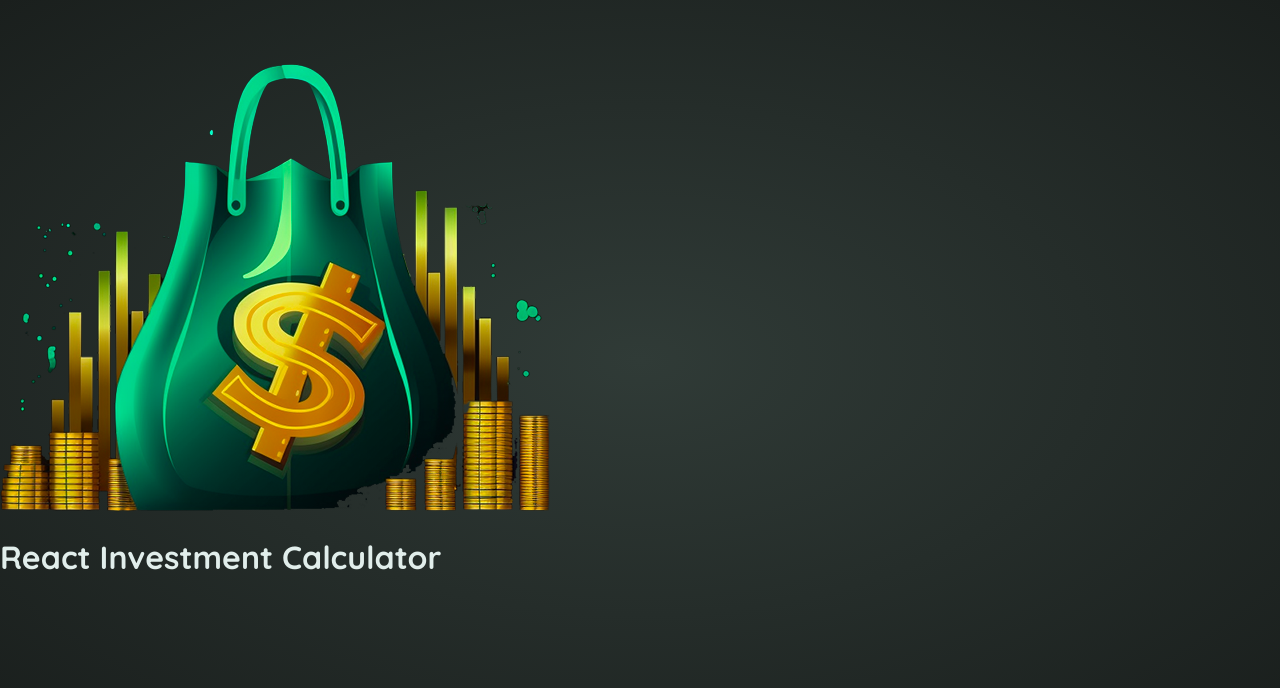
Repository: ooluchi/prac-investment-calculator
Page: /
An editor plug-in stored every save of this project. The page is shown before and after the next save, followed by the edit.
The browser window is 1280 px wide. The pictures show the whole page.
The project was rebuilt for these pictures with package versions that can differ from the ones it lists, and the page was loaded fresh each time. Also part of the build but not shown: vite.config.js.

Above is the page before, as saved 2024-11-10 04:21:12.

After the next save:
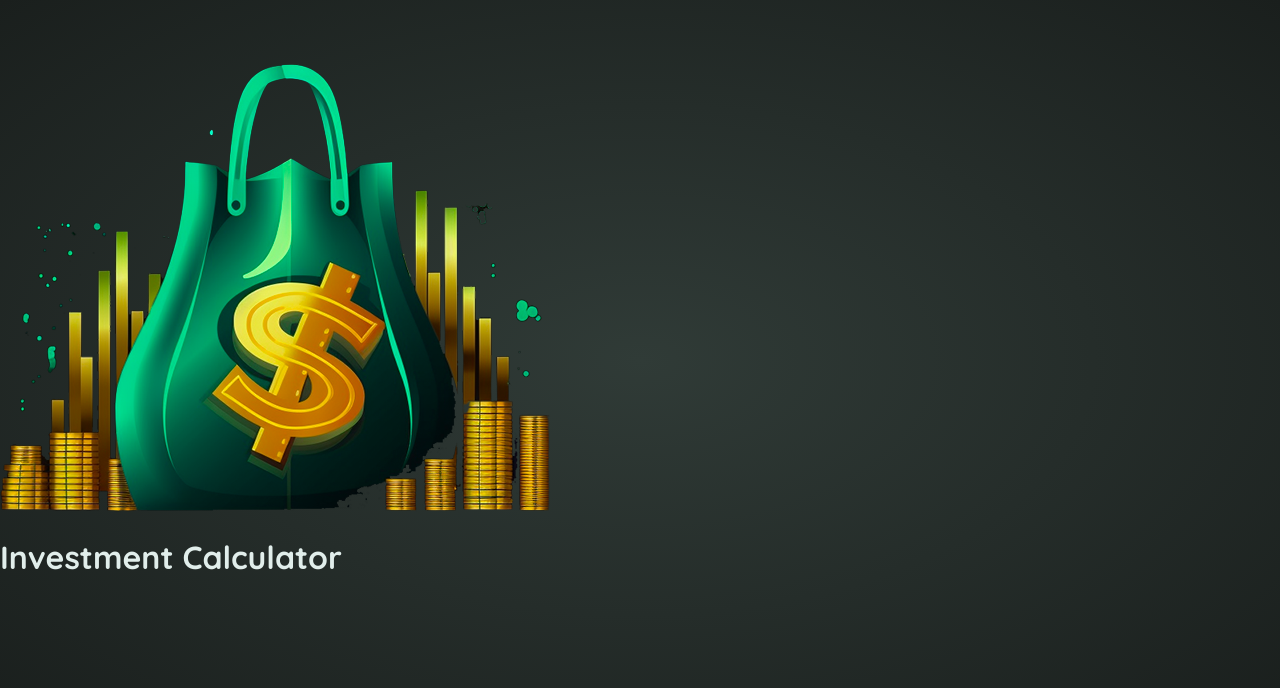
Saved 119 s later.
--- a/src/components/Header.jsx
+++ b/src/components/Header.jsx
@@ -4,7 +4,7 @@ export default function Header() {
     return (
         <div>
         <img src={logo} alt="money-bag-image" />
-        <h1>React Investment Calculator</h1>
+        <h1> Investment Calculator</h1>
         </div>
     )
 }
